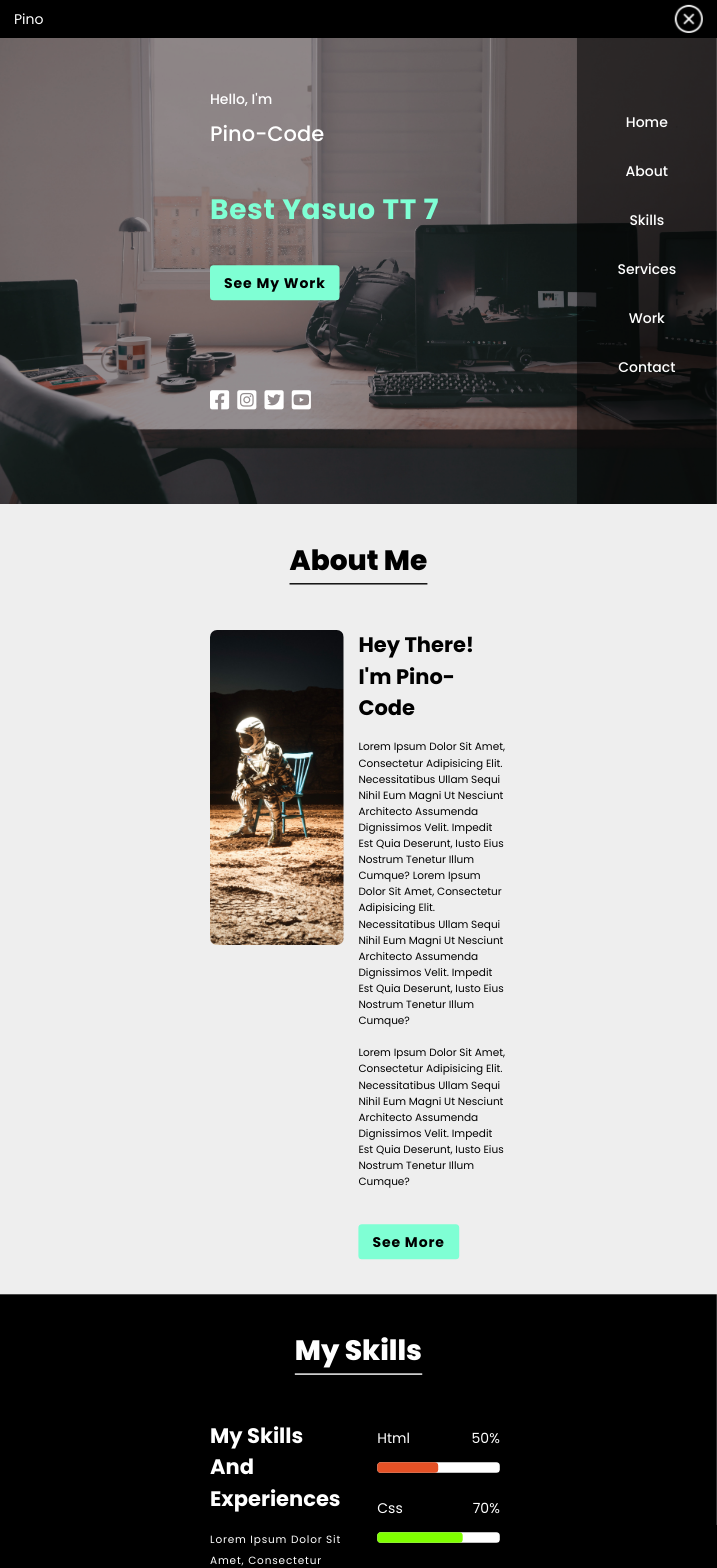
Repository: Pinocoding/New
Page: index.html
An editor plug-in stored every save of this project. The page is shown before and after the next save, followed by the edit.
The browser window is 1024 px wide. The pictures show the part of the page from y = 0 to 2240 px (the page is 8793 px tall), at 70% of full size.
Empty fields were first filled with sample values (such as "Sample", 5 or name@example.com).
After loading, the first visible `div.menu-btn` was clicked once.
Backgrounds fixed to the window are drawn as part of the page.

Above is the page before, as saved 2021-10-16 12:32:45.

### index.html
<!DOCTYPE html>
<html lang="en">
<head>
  <meta charset="UTF-8">
  <meta http-equiv="X-UA-Compatible" content="IE=edge">
  <meta name="viewport" content="width=device-width, initial-scale=1.0">
  <title>Document</title>
  <link rel="stylesheet" href="style.css">
  <link rel="stylesheet" href="https://cdnjs.cloudflare.com/ajax/libs/font-awesome/6.0.0-beta2/css/all.min.css" integrity="sha512-YWzhKL2whUzgiheMoBFwW8CKV4qpHQAEuvilg9FAn5VJUDwKZZxkJNuGM4XkWuk94WCrrwslk8yWNGmY1EduTA==" crossorigin="anonymous" referrerpolicy="no-referrer" />


</head>
<body>
  <!-- header -->
  <header>
    <a href="#main" class="brand">Pino</a>
    <div class="menu-btn"></div>
    <div class="navigation">
        <a href="#main">home</a>
        <a href="#about">About</a>
        <a href="#skills">Skills</a>
        <a href="#services">Services</a>
        <a href="#work">Work</a>
        <a href="#contact">Contact</a>
    </div>
  </header>
  <!--  -->
  <!-- section main  -->
  <section class="main">
    <div class="layout"></div>
    <div class="content">
    <h2>hello, I'm<br><span>Pino-code</span></h2>
    <div class="animated-text">
      <h3>FE developer</h3>
      <h3>Best Yasuo TT 7</h3>
      <h3>Best NoVo CS GO</h3>
    </div>
    <a href="#about" class="btn">see my work</a>
    <div class="media-icon">
      <a href="#"><i class="fab fa-facebook-square"></i></a>
      <a href="#"><i class="fab fa-instagram-square"></i></a>
      <a href="#"><i class="fab fa-twitter-square"></i></a>
      <a href="#"><i class="fab fa-youtube-square"></i></a>
    </div>
  </div>

  </section>
  <!--  -->
  <!-- section about -->
  <section class="about" id="about">
    <!-- title -->
    <div class="title">
      <h2 class="section-title">
        about me
      </h2>
    </div>
    <!--  -->
    <!-- content -->
    <div class="content">
      <div class="column col-left">
        <div class="img-card">
          <img src="/img/002.jpg" alt="">
        </div>
      </div>
      <div class="column col-right">
        <h2 class="content-title">Hey there! i'm pino-code</h2>
        <p>Lorem ipsum dolor sit amet, consectetur adipisicing elit. Necessitatibus ullam sequi nihil eum magni ut nesciunt architecto assumenda dignissimos velit. Impedit est quia deserunt, iusto eius nostrum tenetur illum cumque?
          Lorem ipsum dolor sit amet, consectetur adipisicing elit. Necessitatibus ullam sequi nihil eum magni ut nesciunt architecto assumenda dignissimos velit. Impedit est quia deserunt, iusto eius nostrum tenetur illum cumque?
          <br>
          <br>
          Lorem ipsum dolor sit amet, consectetur adipisicing elit. Necessitatibus ullam sequi nihil eum magni ut nesciunt architecto assumenda dignissimos velit. Impedit est quia deserunt, iusto eius nostrum tenetur illum cumque?
        </p>
        <a href="#about" class="btn">See more</a>
      </div>
    </div>
      <!--  -->


    </section>
    <!--  -->

        <!-- section skills -->
    <section class="skills" id="skills">
      <div class="title">
        <h2 class="section-title">
          my skills
        </h2>
      </div>
      <div class="content">
        <div class="column col-left">
          <h2 class="content-title">
            my skills and experiences</h2>
            <p>Lorem ipsum dolor sit amet, consectetur adipisicing elit. Ut amet doloremque ratione quam quos dolores nesciunt nam eaque esse cum obcaecati voluptas unde, magnam mollitia ducimus libero! Ducimus, fugiat recusandae.<br>
            Lorem ipsum dolor sit amet consectetur, adipisicing elit. Voluptas quia expedita omnis perspiciatis, similique voluptates doloribus error odio vitae voluptatem pariatur repellat reiciendis laudantium, autem minus ad placeat facere accusantium?</be></p>
            <a href="#" class="btn">see more</a>
        </div>

      <div class="column col-right">
        <div class="bar">
          <div class="infor">
            <span>html</span>
            <span>50%</span>
          </div>
          <div class="line html"></div>
        </div>
        <div class="bar">
          <div class="infor">
            <span>css</span>
            <span>70%</span>
          </div>
          <div class="line css"></div>
        </div>
        <div class="bar">
          <div class="infor">
            <span>javascript</span>
            <span>20%</span>
          </div>
          <div class="line javascript"></div>
        </div>
        <div class="bar">
          <div class="infor">
            <span>jquery</span>
            <span>20%</span>
          </div>
          <div class="line jquery"></div>
        </div>
      </div>

      </div>
    </section>
    <!--  -->
    <!-- section services -->
<section class="services" id="services">
  <div class="title">
    <h2 class="section-title">
      my services
    </h2>
    <p>Lorem ipsum dolor sit amet consectetur adipisicing elit. Quasi, iusto. Odio tempore maxime minus nihil est nemo, impedit libero ipsa dolorem voluptatibus sed voluptatum, porro deserunt, sapiente tempora quae dolorum.</p>
  </div>
  <div class="content">
    <div class="card">
      <div class="service-icon">
        <i class='fas fa-palette'></i>
      </div>
      <div class="infor">
        <h3>web design</h3>
        <p>Lorem ipsum dolor sit amet consectetur adipisicing elit. Voluptate quibusdam debitis, ratione assumenda laudantium ullam fuga quos eos beatae commodi fugit a .

        </p>
      </div>

    </div>
    <div class="card">
      <div class="service-icon">
        <i class='far fa-file-code'></i>
      </div>
      <div class="infor">
        <h3>web development</h3>
        <p>Lorem ipsum dolor sit amet consectetur adipisicing elit. Voluptate quibusdam debitis, ratione assumenda laudantium ullam fuga quos eos beatae commodi fugit a . </p>
      </div>

    </div>
    <div class="card">
      <div class="service-icon">
        <i class='far fa-object-group'></i>
      </div>
      <div class="infor">
        <h3>motion graphic design</h3>
        <p>Lorem ipsum dolor sit amet consectetur adipisicing elit. Voluptate quibusdam debitis, ratione assumenda laudantium ullam fuga quos eos beatae commodi fugit a .</p>
      </div>

    </div>
  </div>


</section>
<!--  -->
<!-- section work  -->
<section class="work" id="work">
  <div class="title">
    <div class="section-title">my work</div>
  </div>
  <div class="content">
    <div class="card">
      <div class="card-img">
        <img src="/img/1.jpg" alt="">
      </div>
    </div>
    <div class="card">
      <div class="card-img">
        <img src="/img/2.jpg" alt="">
      </div>
    </div>
    <div class="card">
      <div class="card-img">
        <img src="/img/3.jpg" alt="">
      </div>
    </div>
    <div class="card">
      <div class="card-img">
        <img src="/img/4.jpg" alt="">
      </div>
    </div>
    <div class="card">
      <div class="card-img">
        <img src="/img/5.jpg" alt="">
      </div>
    </div>
    <div class="card">
      <div class="card-img">
        <img src="/img/boy.jpg" alt="">
      </div>




    </div>
    <div class="title">
      <a href="#" class="btn">See All</a>
    </div>



  </div>

</section>
<!--  -->

<!-- contact -->
<section class="contact" id="contact">
  <div class="title">
    <h2 class="section-title">
      contact Me
    </h2>
  </div>
  <div class="content">
    <div class="row">
      <div class="card">
        <div class="contact-icon">
          <i class="fas fa-map-marker-alt"></i>

        </div>
        <div class="infor">
          <h3>address</h3>
          <span>addess,city,country</span>
        </div>
        </div>
        <div class="card">
          <div class="contact-icon">
            <i class="fas fa-phone"></i>

          </div>
          <div class="infor">
            <h3>phone</h3>
            <span>+000000000</span>
          </div>
        </div>
          <div class="card">
            <div class="contact-icon">
              <i class="far fa-envelope"></i>

            </div>
            <div class="infor">
              <h3>email address</h3>
              <span>contact@email.com</span>
            </div>
          </div>
          <di class="card">
            <div class="contact-icon">
              <i class="fas fa-globe"></i>

            </div>
            <div class="infor">
              <h3>website</h3>
              <span>my website.com</span>
            </div>
          </di v>
    </div>
    <!-- quan trọng [form] -->
    <div class="row">
      <div class="contact-form">
        <h3>Send Message</h3>
        <div class="input-box">
          <input type="text" name="" value="" placeholder="Name">
        </div>
        <div class="input-box">
          <input type="text" name="" value="" placeholder="Email">
        </div>
        <div class="input-box">
          <textarea name="name" rows="8" cols="80" placeholder="Message"></textarea>
        </div>
        <div class="input-box">
          <input type="submit" class="send-btn" name="" value="send">
        </div>
      </div>

    </div>


</section>
<!--  -->
<!--  -->
<footer class="footer">
  <span class="footer-title">
    pino-code
  </span>
<p>copyright @2021 <a href="#">Pino-code</a> .All rights reserved</p>
</footer>
  <script
  src="https://code.jquery.com/jquery-3.6.0.js"
  integrity="sha256-H+K7U5CnXl1h5ywQfKtSj8PCmoN9aaq30gDh27Xc0jk="
  crossorigin="anonymous"></script>
  <script src="function.js"></script>
</body>
</html>

### style.css
/* @import url("https://fonts.googleapis.com/css2?family=Comic+Neue:wght@400;700&display=swap"); */
@import url("https://fonts.googleapis.com/css2?family=Poppins:wght@300;400;500;700;800&display=swap");
* {
  font-size: 62.5%;
  /* font-family: "Comic Neue", cursive; */
  font-family: "Poppins", sans-serif;
  margin: 0;
  padding: 0;
  box-sizing: border-box;
  text-transform: capitalize;
  /* kéo mượt chuột */
  scroll-behavior: smooth;
  /*  */
}
body {
  min-height: 110vh;
  background: #eee;
}
/* for header */
header {
  position: fixed;
  z-index: 99;
  background: rgb(0, 0, 0);
  top: 0;
  left: 0;
  width: 100%;
  padding: 2rem 5rem;
  display: flex;
  justify-content: space-between;
  align-items: center;
}
/* hover navigation */
header .navigation a:hover {
  color: aquamarine;
}
/*header sticky */
header.sticky {
  background: rgba(0, 0, 0, 0.26);
}
/*  */
header .brand {
  text-decoration: none;
  font-size: 2rem;
  color: white;
}
header .navigation a {
  font-size: 1.5rem;
  text-decoration: none;
  color: white;
  padding: 0 1rem;
}
/*  */
section {
  padding: 5rem 30rem;
}
/* for banner */
.main {
  position: relative;
  width: 100%;
  min-height: 100vh;
  display: flex;
  align-items: center;
  background: url("/img/0.jpg") no-repeat;
  background-size: cover;
  background-position: center;
  background-attachment: fixed;
  z-index: 1;
}
.main .layout {
  position: absolute;
  top: 0;
  left: 0;
  width: 100%;
  height: 100%;
  background: black;
  opacity: 0.3;
  z-index: -1;
}
.main .content {
  max-width: 100rem;
}
.main .content h2 {
  margin-bottom: 5rem;
  color: white;
  font-size: 2rem;
  font-weight: 500;
  line-height: 5rem;
}
.main .content h2 span {
  font-size: 3rem;
}

.animated-text {
  position: relative;
  height: 6rem;
  overflow: hidden;
}
.animated-text h3 {
  color: aquamarine;
  font-size: 4rem;
  font-weight: 700;
  line-height: 60px;
  letter-spacing: 1px;
}
/* animated text for h3 */
.animated-text h3:nth-child(1) {
  animation: text-move 7s infinite;
}
@keyframes text-move {
  0% {
    margin-top: 0;
  }
  25% {
    margin-top: -60px;
  }
  50% {
    margin-top: -120px;
  }
  100% {
    margin-top: 0;
  }
}
/*  */
.btn {
  margin-top: 5rem;
  color: black;
  background: aquamarine;
  font-size: 2rem;
  font-weight: 700;
  display: inline-block;
  padding: 10px 20px;
  text-decoration: none;
  letter-spacing: 1.3px;
  border-radius: 5px;
  /* box-shadow: -1px 5px 10px #888888; */
  transition: 0.5s ease;
}
.btn:hover {
  transform: scale(1.1);
}

.media-icon {
  margin-top: 10rem;
}
.media-icon a {
  color: white;
  font-size: 5rem;
  margin-right: 1rem;
  transition-property: transform, color;
  transition: 0.2s;
}
.media-icon a:hover i {
  color: aquamarine;
  transform: translateY(-2px);
  transition: 0.2s;
}
/*  */
/* for section about  */
.title {
  width: 100%;
  display: flex;
  justify-content: center;
  align-items: center;
  flex-direction: column;
}
/* gach dưới , chấm */
.section-title {
  text-transform: capitalize;
  position: relative;
  color: black;
  font-size: 4rem;
  font-weight: 800;
  margin-bottom: 5rem;
}
.section-title:after {
  content: "";
  position: absolute;
  top: 105%;
  left: 50%;
  width: 100%;
  height: 2px;
  transform: translateX(-50%);
  background: currentColor;
}

/*  */
/*  content */
.about .content {
  position: relative;
  width: 100%;
  display: flex;
  justify-content: space-between;
  margin-top: 2rem;
}
/* content > col-left */
.about .content .col-left {
  position: relative;
  width: 45%;
}
.about .content .col-left .img-card {
  position: relative;
  width: 100%;
  min-height: 45rem;
}
.about .content .col-left .img-card img {
  position: absolute;
  top: 0;
  left: 0;
  width: 100%;
  height: 100%;
  object-fit: cover;
  border-radius: 10px;
}
/* content > col-right */
.about .content .col-right {
  width: 50%;
  position: relative;
}
.content-title {
  font-size: 3rem;
  margin-bottom: 2rem;
}
.about .content .col-right p {
  font-size: 1.5rem;
}
/* .column .btn {
  margin-top: 9rem;
  color: black;
  background: linear-gradient(to top left, aquamarine, transparent);
  font-size: 2rem;
  font-weight: 700;
  display: inline-block;
  padding: 15px 20px;
  text-decoration: uppercase;
  text-decoration: none;
  letter-spacing: 1px;
  border-radius: 10px;
  box-shadow: -1px 5px 10px #888888;
  transition: 0.5s ease;
}
.btn:hover {
  transform: scale(1.1);
} */
/*  */
/* skills */
.skills {
  background: black;
}
.skills .section-title {
  color: white;
}

.skills .section-title::before {
  background: currentColor;
}
.skills .content {
  position: relative;
  width: 100%;
  display: flex;
  justify-content: space-between;
  color: white;
  margin-top: 2rem;
}
/* skills => col-left */
.skills .content .col-left {
  position: relative;
  width: 46%;
}
/*  */
/* skills => col-right */
.skills .content .col-right {
  position: relative;
  width: 46%;
}
.skills .content .col-right .bar {
  margin-bottom: 15px;
  padding: 10px;
}
.skills .content .col-right .bar .infor {
  display: flex;
  align-items: center;
  justify-content: space-between;
  margin-bottom: 2rem;
}

.skills .content .col-right .bar .infor span {
  font-size: 2rem;
}
/* thanh % */
.skills .content .col-right .bar .line {
  position: relative;
  width: 100%;
  height: 15px;
  border-radius: 5px;
  background: white;
}
.skills .content .col-right .bar .line::before {
  content: "";
  position: absolute;
  top: 0;
  left: 0;

  height: 100%;
  /* background-color: rgb(42, 40, 136); */
  border-radius: 5px;
}
.skills .content .col-right .bar .html::before {
  width: 50%;
  background: #e45126;
}
.skills .content .col-right .bar .css::before {
  width: 70%;
  background-color: chartreuse;
}
.skills .content .col-right .bar .javascript::before {
  width: 20%;
  background-color: rgb(0, 60, 255);
}
.skills .content .col-right .bar .jquery::before {
  width: 20%;
  background-color: rgb(0, 38, 255);
}

/*  */
.skills p {
  font-size: 1.5rem;
  line-height: 3rem;
  letter-spacing: 1.2px;
}
/* .skills .content .btn {
  margin-top: 2rem;
  color: white;

  background: linear-gradient(to top left, aquamarine, transparent);
  font-size: 2rem;
  font-weight: 700;
  display: inline-block;
  padding: 15px 20px;
  text-decoration: uppercase;

  letter-spacing: 1px;
  border-radius: 10px;

  transition: 0.5s ease;
}
.btn:hover {
  transform: scale(1.1);
} */
/*  */
/* for services */
.services .content {
  display: flex;
  justify-content: center;
  flex-wrap: wrap;
  flex-direction: row;
  margin-top: 20px;
}
.title p {
  font-size: 2rem;
  text-align: center;
  width: 80%;
}

.services .content .card {
  background-color: white;
  width: 34rem;
  margin: 10px;
  padding: 25px;
  justify-content: center;
  align-items: center;
  flex-direction: column;
  box-shadow: 0 5px 25px rgba(1 1 1 /15%);
  border-radius: 10px;
}
.services .content .card .service-icon i {
  color: #3a6cf4;
  display: flex;
  justify-content: center;
  align-items: center;
  font-size: 13rem;

  text-align: center;
  transition: transform 0.3s ease;
  margin-bottom: 1rem;
}
.services .content .card:hover .service-icon i {
  transform: scale(1.2);
}
.services .content .card .infor {
  text-align: center;
}
.services .content .card .infor p {
  font-size: 1.5rem;
  text-align: center;
}
.services .content .card .infor h3 {
  font-size: 2rem;
  color: #3a6cf4;
  font-weight: 500;
  margin-bottom: 2rem;
}
/*  */
/* section work */
.work {
  background: black;
}
.work .content {
  display: flex;
  justify-content: center;
  align-items: center;
  flex-direction: row;
  flex-wrap: wrap;
  margin-top: 20px;
}
.work .content .card {
  width: 34rem;
  margin: 15px;
}
.work .content .card .card-img {
  position: relative;
  width: 100%;
  height: 26rem;
  overflow: hidden;
  border-radius: 2rem;
}
.work .content .card .card-img img {
  position: absolute;
  top: 0;
  left: 0;
  width: 100%;
  height: 100%;
  object-fit: cover;
  transition: transform 0.3s ease;
}
.work .content .card .card-img img:hover {
  transform: scale(1.2);
}
.work .section-title {
  color: white;
}
.work .section-title::before {
  background: currentColor;
}
/* for contact */
.contact .content {
  display: flex;
  justify-content: center;
  flex-wrap: wrap;
  flex-direction: column;
  margin-top: 20px;
}
.contact .content .row {
  display: flex;
  justify-content: center;
  flex-wrap: wrap;
  flex-direction: row;
}
.contact .content .row .card {
  background: white;
  width: 240px;
  margin: 2rem;
  padding: 25px;
  display: flex;
  justify-content: center;
  align-items: center;
  flex-direction: column;
  box-shadow: 0 5px 25px rgba(1 1 1 /15%);
  border-radius: 10px;
}
.contact .content .row .card .contact-icon {
  font-size: 15rem;
  display: flex;
  justify-content: center;
  align-items: center;
  margin-bottom: 2rem;
  color: #3a6cf4;
}
.contact .content .row .card:hover .contact-icon {
  transform: translateY(-10px);
  transition: 0.3s;
}
.contact .content .row .card .infor {
  text-align: center;
}
.contact .content .row .card .infor h3 {
  font-size: 2rem;
  margin-bottom: 1rem;
}
.contact .content .row .card .infor span {
  font-size: 1.5rem;
  letter-spacing: 1.5px;
}
/* important */
.contact-form {
  background: white;
  max-width: 60rem;
  margin-top: 50px;
  padding: 50px;
  border-radius: 10px;
  box-shadow: 0 5px 25px rgba(1 1 1 /15%);
}
.contact-form h3 {
  color: #111;
  font-size: 2rem;
  font-weight: 600;
  margin-bottom: 40px;
}
.contact-form .input-box {
  position: relative;
  width: 100%;
  margin-bottom: 20px;
}
.contact-form .input-box input,
.contact-form .input-box textarea {
  color: #111;
  width: 100%;
  padding: 10px;
  font-size: 1.5rem;
  border-radius: 4px;
  outline: none;
  border: 1px solid black;
  resize: none;
}
.contact-form .input-box .send-btn {
  color: white;
  background: #3a6cf4;
  /* display: inline-block; */
  font-size: 1.5rem;
  font-weight: 500;
  letter-spacing: 2px;
  width: 100%;
  border: none;
  text-transform: uppercase;
  cursor: pointer;
  transition: 0.3s ease;
}
.contact-form .input-box .send-btn:hover {
  background: #235bf6;
}
/*  */
/* footer  */
.footer {
  background: #000016;
  color: white;
  text-align: center;
  padding: 2rem;
}
.footer .footer-title {
  font-size: 2rem;
  font-weight: 600;
}
.footer p {
  font-size: 16px;
  margin-top: 1rem;
}
.footer p a {
  color: aquamarine;
  font-weight: 600;
  font-size: 16px;
  text-decoration: none;
}
/*  */
/* respon   */
@media (max-width: 1040px) {
  header {
    padding: 12px 20px;
  }
  /*  làm  menubtn > closebtn */
  header .menu-btn {
    position: absolute;
    background: url("img/NicePng_button-png_147111.png") no-repeat;
    width: 40px;
    height: 40px;
    filter: invert(1);

    background-size: 40px;
    background-position: center;
    right: 0;
    margin: 0 20px;
    cursor: pointer;
    transition: 0.3s ease;
  }
  header .menu-btn.active {
    z-index: 99;
    background: url("img/close-circular-button-symbol.png") no-repeat;
    width: 40px;
    height: 40px;
    filter: invert(1);

    background-size: 40px;
    background-position: center;
    transition: 0.3s ease;
  }
  /*  */
  /* làm navigation > navigation active  */
  header .navigation {
    /* position: relative; */
    display: none;
  }
  header .navigation.active {
    z-index: 88;
    position: fixed;
    background-color: rgba(0, 0, 0, 0.527);
    top: 0;
    right: 0;
    width: 20rem;
    height: 100%;
    display: flex;
    flex-direction: column;
    justify-content: center;
    align-items: center;
    transition: 0.3s ease;
  }
  header .navigation a {
    color: white;
    font-weight: 500;
    font-size: 2rem;

    margin-bottom: 2rem;
    padding: 1rem 2rem;
    border-radius: 10px;
    transition: 0.2s ease;
  }
  header .navigation a:hover {
    background: #eee;
    color: black;
  }
}
/*  */

### function.js
// js for navication bar on scroll
window.addEventListener("scroll", function () {
  const header = document.querySelector("header");
  header.classList.toggle("sticky", window.scrollY > 0);
});

//  js for  menubtn $ navigation bar
const menuBtn = document.querySelector(".menu-btn");
const navigation = document.querySelector(".navigation");

menuBtn.addEventListener("click", () => {
  menuBtn.classList.toggle("active");
  navigation.classList.toggle("active");
});

After the next save:
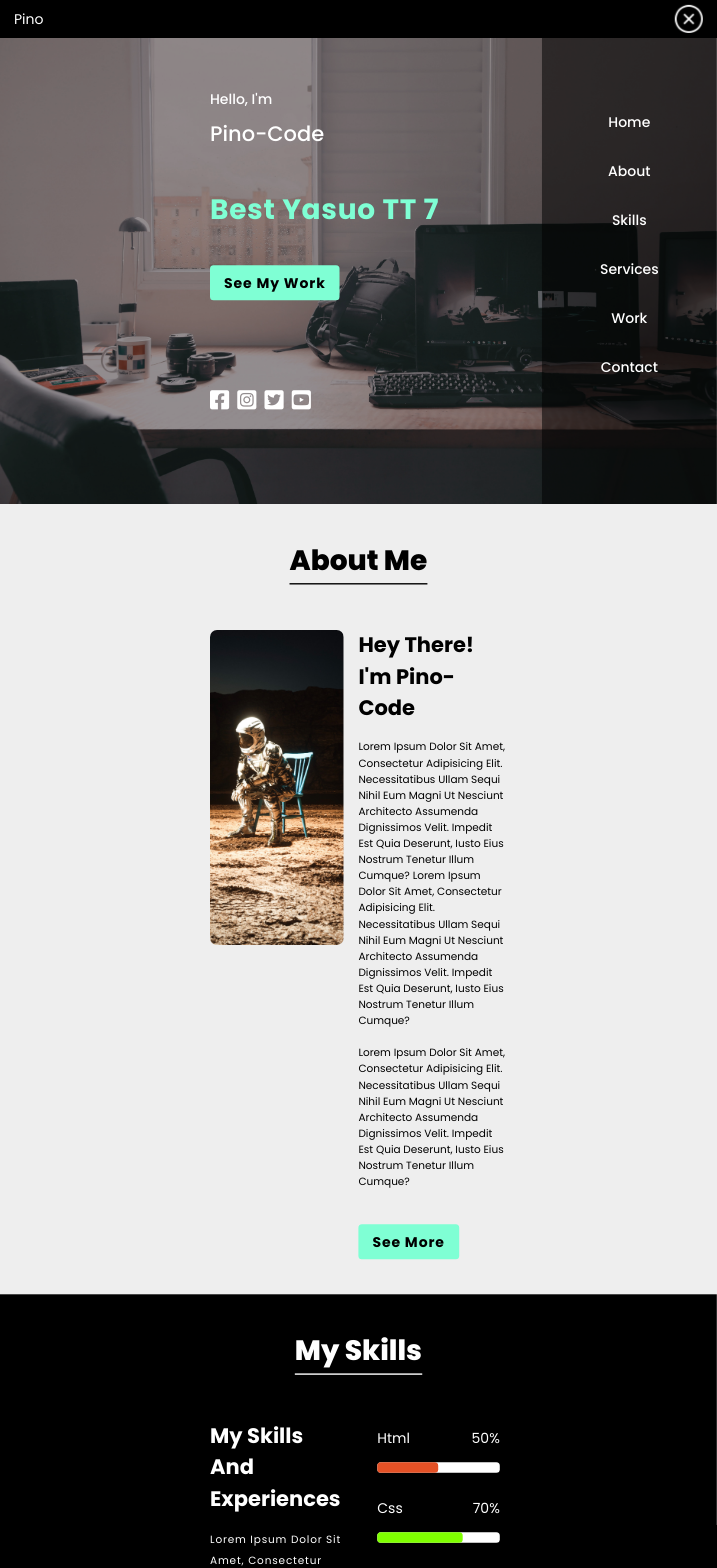
Saved 7 s later.
--- a/style.css
+++ b/style.css
@@ -603,7 +603,7 @@ section {
     background-color: rgba(0, 0, 0, 0.527);
     top: 0;
     right: 0;
-    width: 20rem;
+    width: 25rem;
     height: 100%;
     display: flex;
     flex-direction: column;
